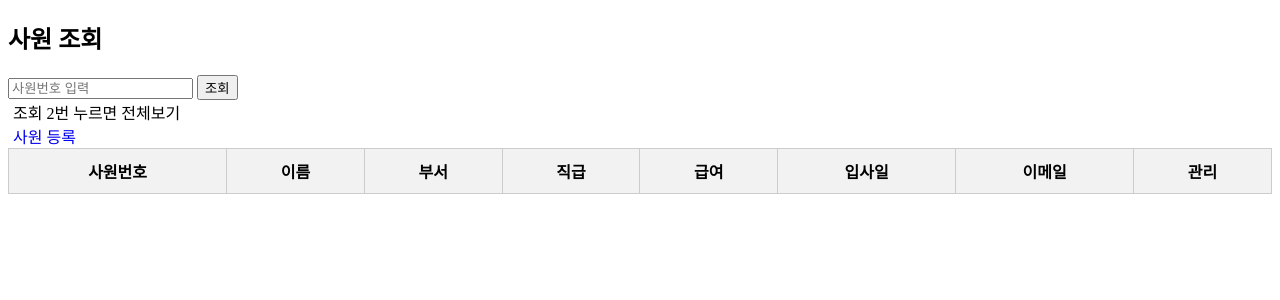
Repository: workspace07270-cmd/GREEN_STUDY
Page: http://localhost/employee-project/WEB-INF/views/main.jsp
The author's editor kept a copy of each file at every save. The page is drawn from the files as they stood at one save, then again after the next save.
The browser window is 1280 px wide. The pictures show the whole page.
The page is served by Tomcat 10. Nobody is signed in. Other server files are loaded and not shown. The template is opened directly, without the code that normally fills it, so the values that code supplies are empty.

Above is the page before, as saved 2026-05-26 09:18:45.

### jsp/employee-project/src/main/webapp/WEB-INF/views/main.jsp
<%@ page language="java" contentType="text/html; charset=UTF-8"
    pageEncoding="UTF-8"%>
<%@ taglib prefix="c" uri="http://java.sun.com/jsp/jstl/core" %>

<!DOCTYPE html>
<html>
<head>
<meta charset="UTF-8">
<title>사원 목록</title>

<style>
    table {
        width: 100%;
        border-collapse: collapse;
    }

    th, td {
        border: 1px solid #ccc;
        padding: 10px;
        text-align: center;
    }

    th {
        background-color: #f2f2f2;
    }

    a {
        text-decoration: none;
        margin: 0 5px;
    }
</style>

</head>

<body>

<h2>사원 조회</h2>
<form action="emp_list.do" method="get">
    <input type="number" name="emp_no" placeholder="사원번호 입력">
    <input type="submit" value="조회"><br>
    <a>조회 2번 누르면 전체보기</a>
</form>
<a href="emp_writeForm.do">사원 등록</a>
<table>
    <tr>
        <th>사원번호</th>
        <th>이름</th>
        <th>부서</th>
        <th>직급</th>
        <th>급여</th>
        <th>입사일</th>
        <th>이메일</th>
        <th>관리</th>
    </tr>

    <c:forEach var="emp" items="${list}">
        <tr>
            <td>${emp.emp_no}</td>
            <td>${emp.emp_name}</td>
            <td>${emp.dept}</td>
            <td>${emp.position}</td>
            <td>${emp.salary}</td>
            <td>${emp.hire_date}</td>
            <td>${emp.email}</td>
            <td>
               <a href="emp_updateForm.do?emp_no=${emp.emp_no}">수정</a>
					<a href="emp_delete.do?emp_no=${emp.emp_no}"
  				 	onclick="return confirm('삭제하시겠습니까?');">
   					삭제
                </a>
            </td>
        </tr>
    </c:forEach>

</table>

</body>
</html>

After the next save:
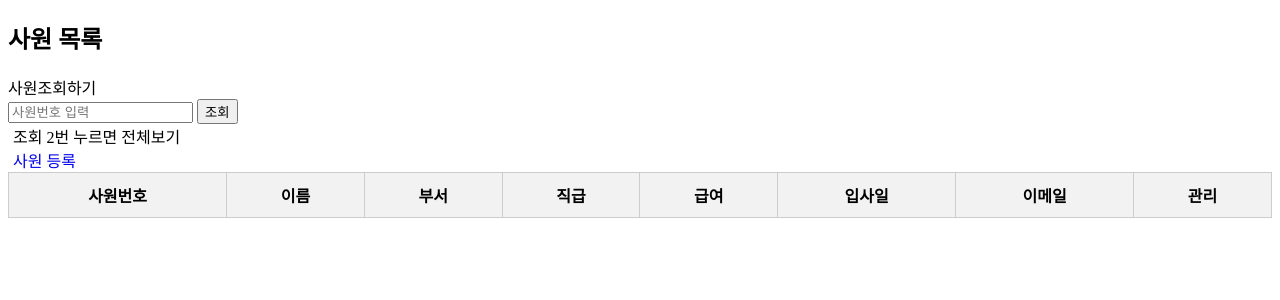
Saved 18 s later.
--- a/jsp/employee-project/src/main/webapp/WEB-INF/views/main.jsp
+++ b/jsp/employee-project/src/main/webapp/WEB-INF/views/main.jsp
@@ -34,7 +34,8 @@
 
 <body>
 
-<h2>사원 조회</h2>
+<h2>사원 목록</h2>
+사원조회하기
 <form action="emp_list.do" method="get">
     <input type="number" name="emp_no" placeholder="사원번호 입력">
     <input type="submit" value="조회"><br>
